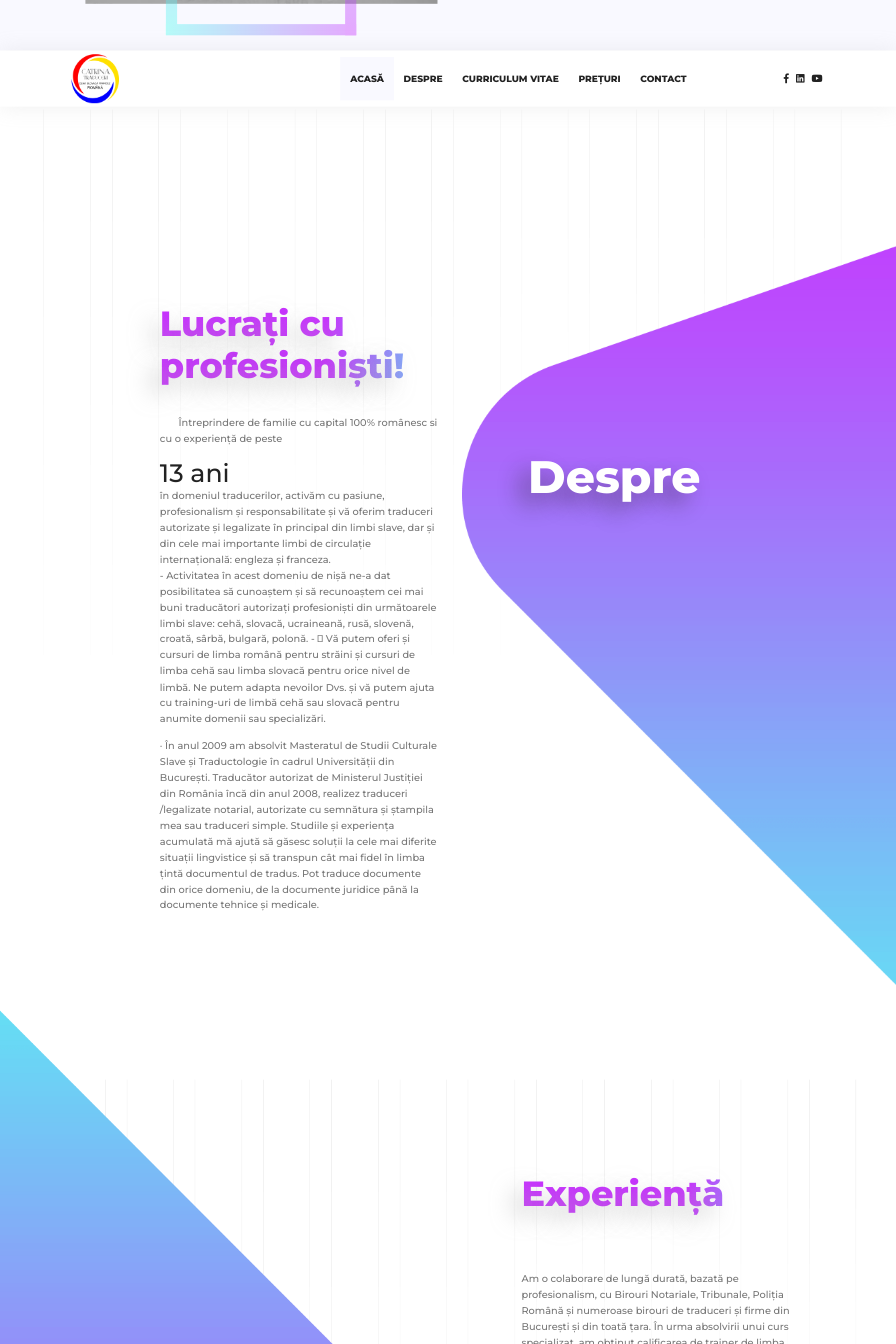
Repository: roscaImarius/site_traduceri
Page: index.html
An editor plug-in stored every save of this project. The page is shown before and after the next save, followed by the edit.
The browser window is 1280 px wide. The pictures show the part of the page from y = 539 to 2459 px (the page is 7580 px tall), at 70% of full size.

Above is the page before, as saved 2022-03-17 15:01:45.

### index.html
<!DOCTYPE html>
<html lang="en" class="no-js">
  <head>
    <meta
      name="viewport"
      content="width=device-width, initial-scale=1, shrink-to-fit=no"
    />
    <meta name="author" content="CodePixar" />
    <meta name="description" content="" />
    <meta name="keywords" content="" />
    <meta charset="UTF-8" />

    <title>Traduceri</title>

    <link
      href="https://fonts.googleapis.com/css?family=Montserrat:500,600,700,800,900"
      rel="stylesheet"
    />
    <link
      href="https://fonts.googleapis.com/css?family=Open+Sans:400,600"
      rel="stylesheet"
    />
    <!-- ===========================================
		CSS Files
    ============================================= -->
    <link rel="stylesheet" href="css/font-awesome.min.css" />
    <link rel="stylesheet" href="css/bootstrap.css" />
    <link rel="stylesheet" href="css/main.css" />
  </head>

  <body class="version5" id="top">
    <div class="se-pre-con"></div>

    <!--================ Start Banner Area =================-->
    <section class="home-area" id="home">
      <div class="banner-area relative">
        <div class="container-fluid">
          <div class="row justify-content-center height align-items-center">
            <div class="col-lg-5 col-md-6 col-sm-12">
              <div class="banner-img">
                <img class="img-fluid" src="img/banner-img5.jpg" alt="" />
              </div>
            </div>
            <div class="col-lg-5 col-md-6 col-sm-12">
              <div class="banner-content text-right">
                <h4 class="mb-30 hello text-uppercase text-white">
                  Salut, noi suntem
                </h4>
                <h1 class="name">Catrina Traduceri</h1>
                <p class="mt-5 h6 pHome dark">
                  Ne numărăm printre foarte puținii traducători autorizați de
                  Ministerul Justiției din România pentru traduceri din limbile
                  slave, de nisă: cehă, slovacă și ucraineană.
                </p>
              </div>
            </div>
          </div>
        </div>
      </div>
    </section>
    <!--================Header Menu Area =================-->
    <header class="header_area" id="header5">
      <div class="main_menu">
        <nav class="navbar navbar-expand-lg">
          <div class="container-fluid">
            <!-- Brand and toggle get grouped for better mobile display -->
            <a class="navbar-brand logo_h" href="index.html"
              ><img class="logoo" src="img/logo5_1.png" alt=""
            /></a>
            <button
              class="navbar-toggler"
              type="button"
              data-toggle="collapse"
              data-target="#navbarSupportedContent"
              aria-controls="navbarSupportedContent"
              aria-expanded="false"
              aria-label="Toggle navigation"
            >
              <i class="fas fa-bars"></i>
            </button>
            <!-- Collect the nav links, forms, and other content for toggling -->
            <div
              class="collapse navbar-collapse offset"
              id="navbarSupportedContent"
            >
              <ul class="nav navbar-nav menu_nav ml-auto nav5">
                <li class="nav-item active5">
                  <a class="nav-link" href="#home">Acasă</a>
                </li>
                <li class="nav-item">
                  <a class="nav-link" href="#about">Despre</a>
                </li>
                <li class="nav-item">
                  <a class="nav-link" href="#resume">Curriculum Vitae</a>
                </li>
                <li class="nav-item">
                  <a class="nav-link" href="#portfolio">prețuri</a>
                </li>
                <li class="nav-item">
                  <a class="nav-link" href="#contact">contact</a>
                </li>
              </ul>

              <!-- SOCIAL MEDIA -->
              <ul class="nav navbar-nav social-icons">
                <li class="nav-item">
                  <a href="https://www.facebook.com/catrina.traduceri">
                    <i class="fab fa-facebook-f"></i>
                  </a>
                </li>
                <li class="nav-item">
                  <a
                    href="https://www.linkedin.com/in/ionut-catrina-405244178/"
                  >
                    <i class="fab fa-linkedin"></i>
                  </a>
                </li>
                <li class="nav-item">
                  <a href="#">
                    <i class="fab fa-youtube"></i>
                  </a>
                </li>
              </ul>
            </div>
          </div>
        </nav>
      </div>
    </header>

    <!--================ Start About Area =================-->
    <section class="about-area section-gap-top-5 relative" id="about">
      <div class="container-fluid">
        <div class="row row-reverse">
          <div class="offset-lg-2 col-lg-4 col-md-12">
            <h2 class="heading mb-40">Lucrați cu profesioniști!</h2>
            <p style="text-indent: 20pt">
              Întreprindere de familie cu capital 100% românesc si cu o
              experiență de peste <h1>13 ani</h1> în domeniul traducerilor,
              activăm cu pasiune, profesionalism și responsabilitate și vă
              oferim traduceri autorizate și legalizate în principal din limbi
              slave, dar și din cele mai importante limbi de circulație
              internațională: engleza și franceza. <br />- Activitatea în acest
              domeniu de nișă ne-a dat posibilitatea să cunoaștem și să
              recunoaștem cei mai buni traducători autorizați profesioniști din
              următoarele limbi slave: cehă, slovacă, ucraineană, rusă, slovenă,
              croată, sârbă, bulgară, polonă. -  Vă putem oferi și cursuri de
              limba română pentru străini și cursuri de limba cehă sau limba
              slovacă pentru orice nivel de limbă. Ne putem adapta nevoilor Dvs.
              și vă putem ajuta cu training-uri de limbă cehă sau slovacă pentru
              anumite domenii sau specializări.
            </p>
            <p class="mb-50">
              &middot; În anul 2009 am absolvit Masteratul de Studii Culturale
              Slave și Traductologie în cadrul Universității din București.
              Traducător autorizat de Ministerul Justiției din România încă din
              anul 2008, realizez traduceri /legalizate notarial, autorizate cu
              semnătura și ștampila mea sau traduceri simple. Studiile și
              experiența acumulată mă ajută să găsesc soluții la cele mai
              diferite situații lingvistice și să transpun cât mai fidel în
              limba țintă documentul de tradus. Pot traduce documente din orice
              domeniu, de la documente juridice până la documente tehnice și
              medicale.
            </p>
          </div>

          <div class="col-lg-6 p-0 col-md-12">
            <div class="right-side">
              <h2 class="text-white right-heading">Despre</h2>
            </div>
          </div>
        </div>
      </div>
    </section>

    <!--================ Start Experience Area =================-->
    <section class="experience-area relative" id="resume">
      <div class="container-fluid">
        <div class="row">
          <div class="col-lg-6 p-0 col-md-12">
            <div class="left-side">
              <h2 class="text-white indented cv left-heading">C.V.</h2>
            </div>
          </div>

          <div class="xpDiv col-lg-4 md-mr col-md-12">
            <h2 class="heading mb-80">Experiență</h2>
            <div class="resume-content">
              <div class="work-exp mb-50">
                <p>
                  Am o colaborare de lungă durată, bazată pe profesionalism, cu
                  Birouri Notariale, Tribunale, Poliția Română și numeroase
                  birouri de traduceri și firme din București și din toată țara.
                  În urma absolvirii unui curs specializat, am obținut
                  calificarea de trainer de limba română pentru străini.
                  Experiență în domeniul Proiectelor finanțate din fonduri
                  europene (POSDRU). In perioada 1.7.2010 - 1.11.2013 am ocupat
                  pozitia de Responsabil vizite de studiu – schimb de experiență
                  în cadrul unor proiecte transnaționale (între România și
                  Republica Cehă).
                </p>
              </div>

              <h2 class="heading mt-120 mb-80">Education</h2>
              <div class="study">
                <h4 class="subject">Master</h4>
                <p>
                  <span class="title">Session</span>
                  <span class="info">: 2010-11</span>
                </p>
                <p>
                  <span class="title">Result</span>
                  <span class="info">: 3.78 (In the Scale of 4.00)</span>
                </p>
              </div>

              <div class="study">
                <h4 class="subject">Bachelor</h4>
                <p>
                  <span class="title">Session</span>
                  <span class="info">: 2006-09</span>
                </p>
                <p>
                  <span class="title">Result</span>
                  <span class="info">: 3.40 (In the Scale of 4.00)</span>
                </p>
              </div>

              <div class="study">
                <h4 class="subject">Diploma</h4>
                <p>
                  <span class="title">Session</span>
                  <span class="info">: 20063-06</span>
                </p>
                <p>
                  <span class="title">Result</span>
                  <span class="info">: 4.94 (In the Scale of 5.00)</span>
                </p>
              </div>
            </div>
          </div>
        </div>
      </div>
    </section>

    <!--================ Start PRICE Area =================-->
    <section class="price-area section-gap-top-5 relative" id="portfolio">
      <div class="container-fluid">
        <div class="row row-reverse">
          <div class="divFaraPret offset-lg-2 col-lg-4 col-md-12">
            <h2 class="heading mb-40">Detalii tarife</h2>
            <h1>Text</h1>
            <p>
              Lorem ipsum dolor sit amet consectetur adipisicing elit. Tempora
              omnis rem magnam voluptatum molestiae, unde id fuga illum
              consequatur nisi? Unde voluptates quia enim ab quae consequatur.
              Doloremque amet eveniet autem hic error veniam ullam aliquid
              aperiam corrupti expedita tempora fugiat, accusantium esse alias
              ea quam architecto totam perferendis, eum excepturi consectetur,
              distinctio placeat! A iure sint corporis fuga aperiam quo incidunt
              enim aut vel totam, dolorum architecto sed placeat, doloribus quam
              fugit! Deserunt iure eligendi at laborum corrupti libero,
              molestias, aliquid hic, nihil non ad voluptatum esse molestiae
              quam culpa sit quos! Maiores molestiae ab laboriosam nam magnam,
              illo eligendi dolorem explicabo. Expedita consequatur debitis
              ratione excepturi exercitationem quam neque quaerat magni aliquid
              voluptate, velit voluptatem ut quasi facilis totam ipsa nulla unde
              assumenda perspiciatis non sequi pariatur repellat? Dicta voluptas
              magni id omnis eveniet sunt consectetur aperiam necessitatibus
              sequi tempora quos neque sit iure aspernatur deserunt atque cum,
              debitis quibusdam inventore facilis velit, consequatur nobis
              excepturi. Suscipit dolorem, quisquam quos non reiciendis, earum
              repudiandae error nobis aspernatur optio expedita eligendi atque
              odit nihil ullam cumque a sunt aperiam culpa obcaecati corporis
              iusto? Magnam sequi, necessitatibus nemo odit illo nobis aut,
              voluptas suscipit consequuntur voluptatibus nisi earum. Dolor,
              aperiam?
            </p>
          </div>

          <div class="divPreturi col-lg-6 p-0 col-md-12">
            <div class="right-side">
              <h2 class="text-white right-heading">Prețuri</h2>
            </div>
          </div>
        </div>
      </div>
    </section>

    <!--================ Start CONTACT Area =================-->
    <section class="client-area relative" id="contact">
      <div class="container-fluid">
        <div class="row">
          <div class="col-lg-6 p-0 col-md-12">
            <div class="left-side">
              <h2 class="text-white left-heading">Contact</h2>
            </div>
          </div>

          <div class="contactDiv offset-lg-2 col-lg-4 col-md-12">
            <div class="form-area text-left">
              <h5><i>Telefon:</i></h5>
              <p>+40 726 471 135 <br /></p>
            </div>

            <div class="form-area text-left">
              <h5><i>E-mail:</i></h5>
              <p>catrina.traduceri@yahoo.com</p>
            </div>

            <div class="form-area adresa text-left">
              <h5><i>Adresă:</i></h5>
              <p>
                Calea Dorobantilor nr. 135-145, bl. 10, sc. C, Ap. 156, sector
                1, Bucuresti.
              </p>
            </div>
            <img class="mapa" src="./img/mapa.png" alt="" />
            <img class="mapa" src="./img/mapa.png" alt="" />
            <img class="mapa" src="./img/mapa.png" alt="" />
          </div>
        </div>
      </div>
    </section>

    <!--= Start Scroll to Top Area ########## -->
    <div id="back-top">
      <a title="Go to Top" href="#">
        <i class="fas fa-angle-up"></i>
      </a>
    </div>

    <script src="js/vendor/jquery-2.2.4.min.js"></script>
    <!-- <script src="js/popper.min.js"></script> -->
    <script src="js/vendor/bootstrap.min.js"></script>
    <script src="js/jquery.ajaxchimp.min.js"></script>
    <script src="js/counter-up.js"></script>
    <script src="js/isotope.pkgd.min.js"></script>
    <script src="js/waypoints.min.js"></script>
    <script src="js/main.js"></script>
  </body>
</html>

Loaded but not shown: css/font-awesome.min.css (library); css/bootstrap.css (library); js/vendor/jquery-2.2.4.min.js (library); js/vendor/bootstrap.min.js (library); js/jquery.ajaxchimp.min.js (library); js/isotope.pkgd.min.js (library); js/waypoints.min.js (library); js/main.js (150 lines, source omitted); js/counter-up.js (8 lines, source omitted); css/main.css (1566 lines, source omitted)

After the next save:
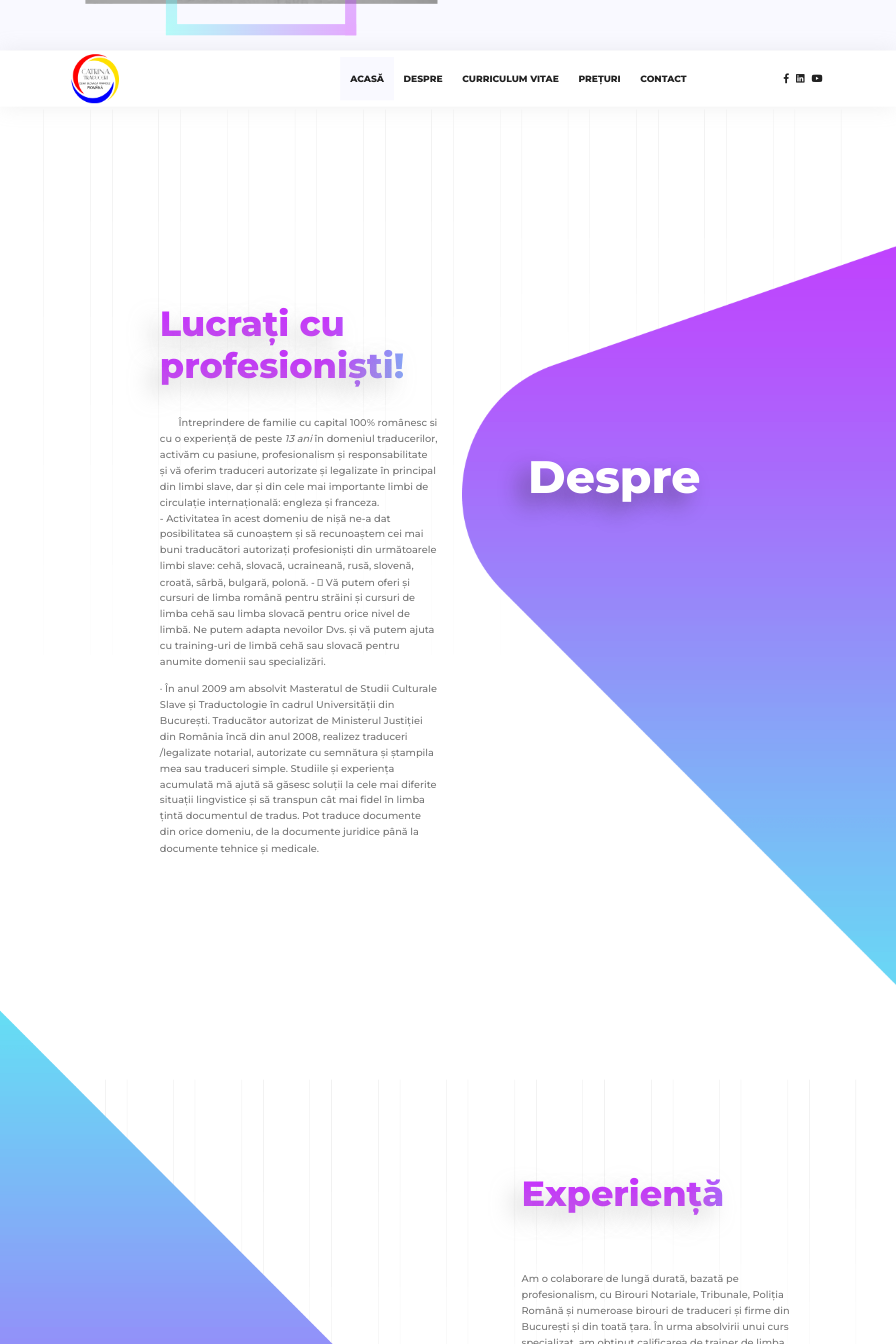
Saved 22 s later.
--- a/index.html
+++ b/index.html
@@ -135,7 +135,7 @@
             <h2 class="heading mb-40">Lucrați cu profesioniști!</h2>
             <p style="text-indent: 20pt">
               Întreprindere de familie cu capital 100% românesc si cu o
-              experiență de peste <h1>13 ani</h1> în domeniul traducerilor,
+              experiență de peste <i>13 ani</i> în domeniul traducerilor,
               activăm cu pasiune, profesionalism și responsabilitate și vă
               oferim traduceri autorizate și legalizate în principal din limbi
               slave, dar și din cele mai importante limbi de circulație
